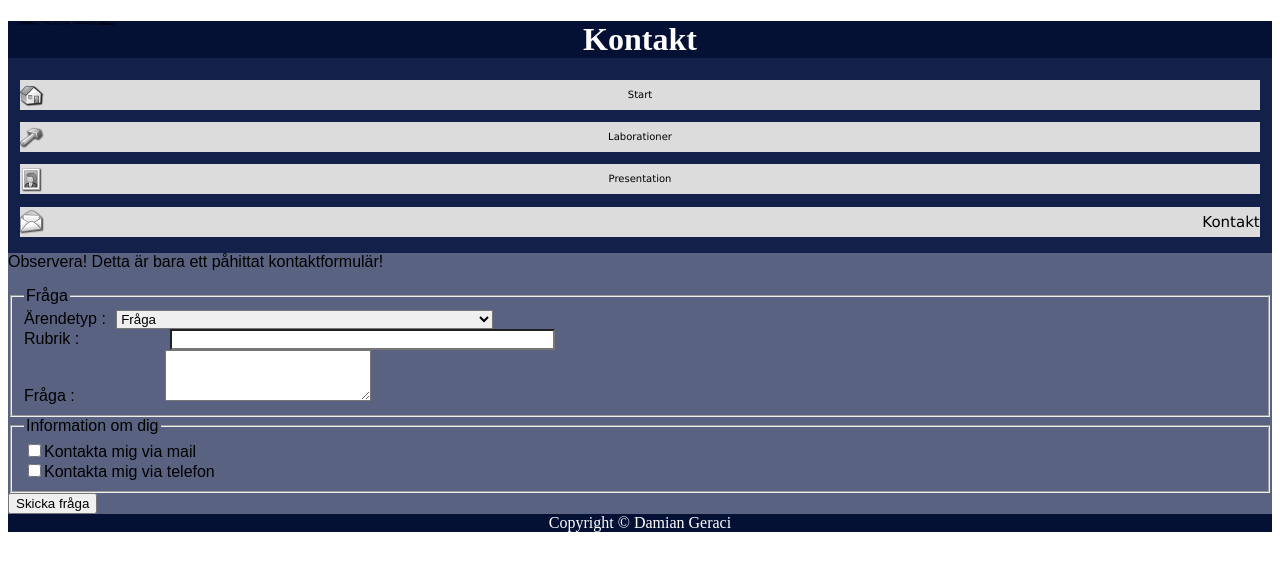
Repository: dg222dm/1ik415-laborationer
Page: pages/kontakt.html
The author's editor kept a record of every edit. The page is drawn from the files as they stood at one moment, then again after the next edit.
The browser window is 1280 px wide. The pictures show the whole page.

Above is the page before.

### pages/kontakt.html
<!doctype html>
<html lang="sv">
    <head>
        <link rel="stylesheet"  href="../css/style.css" media="screen" />
        <link rel="stylesheet"  href="../css/printfriendly.css" media="print" />
        <meta name="viewport" content="width=device-width; initial-scale=1; maximum-scale=1">
        <link rel="stylesheet"  href="../css/mobile.css" />
        <meta charset="utf-8" />
        <title>Kontakt</title>
    </head>
    <body>
        <div id="background">
        <div id="header">
            <h1>Kontakt</h1>
        </div>
        <div id ="nav">
        <!--Lista med länkar -->
            <ul>
                <li><a id="home-icon" href="../index.html">Start</a></li>
                <li><a id="tool-icon" href="laborationer.html">Laborationer</a></li>
                <li><a id="presentation-icon" href="presentation.html">Presentation</a></li>
                <li class="active"><a id="contact-icon" href="kontakt.html" >Kontakt</a></li>

    <!--Slut på länk lista -->
            </ul>
        </div>
        <div id="content">
        <article>
            <p>Observera! Detta är bara ett påhittat kontaktformulär!</p>
            <form method="post" action="http://voyager.lnu.se/tekinet/kurser/dtt/wp_webbintro/form.php">

                <fieldset>
                    <legend>Fråga</legend>

                    <label for="arendetyp">Ärendetyp :</label>
                    <select name="arendetyp" id="text3">
                          <option value="fråga">Fråga</option>
                          <option value="test">test</option>
                    </select><br />

                    <label for="rubrik">Rubrik :</label><input type="text" id="text" name="rubrik"><br />

                   <label for="fraga">Fråga :
                        <textarea name="fraga" id="text2" rows="3" cols="25"></textarea></label>
                </fieldset>
                <fieldset>
                    <legend>Information om dig</legend>
                    <input type="checkbox" name="kontaktamigviamail" value="mail">Kontakta mig via mail<br />
                    <input type="checkbox" name="kontaktamigviatelefon" value="telefon">Kontakta mig via telefon
                </fieldset>
                <!-- fråga läraren -->
                <input type="submit" name="knapp" value="Skicka fråga" />
            </form>
        </article>
        </div>
        <div id="footer">
            Copyright © Damian Geraci
        </div>
        </div>
    </body>
</html>

### css/style.css
#header {
    width:1024px;
    background-color:#051035;
    color:white;
    text-align:center;
    background-image: url(../css/pics/svgLogo.svg);
    background-size: 100px 100px;
    background-position: left -20px;
    background-repeat: no-repeat;

}
#nav ul{
    line-height:30px;
    background-color:#13214A;
    list-style-type: none;
    font-family: verdana;
    font-size:10px;
    float:left;
    padding: 0;
    text-align:center;


}

#nav li{
    margin: 10px ; /*Mellan rum mellan list items*/

}

.active {
    font-size:15px;
    text-align:right;
}

#nav a{
    display: block;
    width: 130px;
    background-color: #dcdcdc;
    text-decoration: none; /*tar bort understräcken*/
    background-image: url(../css/pics/sprite.png);
    background-repeat:no-repeat;
}

#home-icon { background-position: 0 -44px}
#home-icon:hover {background-position: 0px 4px}

#tool-icon { background-position: 0px -140px}
#tool-icon:hover {background-position: 0 -92px}

#presentation-icon { background-position: 0px -236px}
#presentation-icon:hover {background-position: 0 -188px}

#contact-icon { background-position: 0px -333px}
#contact-icon:hover {background-position: 0 -285px}

#nav a:link, #nav a:active, #nav a:visited {
    color: #000000;
}



#background {
    width:1024px;
    height:auto;
    margin:0 auto;
    background-color:#13214A;
}



#footer {
    background-color:#051035;
    width:1024px;
    color:white;
    clear:both;
    text-align:center;

}

#content {
  width: 730px;
  float:left;
  background-color:#596381;
  height: auto;
  font-family: sans-serif;

}

.right {
    float: right;
    border:1px solid #021a40;
    padding: 1px;
}
.left {
    float: left;
    border:1px solid #021a40;
    padding: 1px;
}

.center {
    margin-left:220px;

  }

  table, td, th {
    border: 1px  solid;
}

th {
    background-color: green;
    color: white;
}

#text {
    border-radius:5px;
    margin-left:35px;
    width: 180px;
}

#text2 {
    max-width:600px;
    width:180px;
    max-height:100px;
    border-radius:5px;
    margin-left:35px;
}

#text3 {
    border-radius:5px;
    width:180px;
    margin-left: 5px;
}

/*
header färg: #051035
nav fönster färg: #3E496F
bakgrundsfärg: #13214A
content färg: #596381
footer färg: #051035

*/

### css/mobile.css
@media screen and (max-width: 481px) {
#content {
	width: 100%;
	float: none;
}
#sidebar {
	width: 100%;
	float: none;
}

img {
	max-width: 100%;
	height: auto;
	width: auto\9; /* ie8 */
}
}
#header {
    width:100%;
    background-color:#051035;
    color:white;
    text-align:center;
    background-image: url(../css/pics/svgLogo.svg);
    background-size: 9.76% 9.76%;
    background-position: left 1.9%;
    background-repeat: no-repeat;

}
#nav ul{
    line-height:30px;
    background-color:#13214A;
    list-style-type: none;
    font-family: verdana;
    font-size:10px;
    padding: 0;
    float:none;
    text-align:center;


}

#nav li{
    margin: 0.97% ; /*Mellan rum mellan list items*/

}

.active {
    font-size:15px;
    text-align:right;
}

#nav a{
    display: block;
    width: 100%;
    background-color: #dcdcdc;
    text-decoration: none; /*tar bort understräcken*/
    background-image: url(../css/pics/sprite.png);
    background-repeat:no-repeat;
}

#home-icon { background-position: 0 -44px}
#home-icon:hover {background-position: 0px 4px}

#tool-icon { background-position: 0px -140px}
#tool-icon:hover {background-position: 0 -92px}

#presentation-icon { background-position: 0px -236px}
#presentation-icon:hover {background-position: 0 -188px}

#contact-icon { background-position: 0px -333px}
#contact-icon:hover {background-position: 0 -285px}

#nav a:link, #nav a:active, #nav a:visited {
    color: #000000;
}



#background {
    width:100%;
    height:auto;
    margin:0 auto;
    background-color:#13214A;
}



#footer {
    background-color:#051035;
    width:100%;
    color:white;
    clear:both;
    text-align:center;

}

#content {
  width: 100%;
  float:none;
  background-color:#596381;
  height: auto;
  font-family: sans-serif;

}

.right {
    float: right;
    border:1px solid #021a40;
    padding: 1px;
}
.left {
    float: left;
    border:1px solid #021a40;
    padding: 1px;
}

.center {
    margin-left:21.48%;

  }

  table, td, th {
    border: 1px  solid;
}

th {
    background-color: green;
    color: white;
}

#text {
    border-radius:0.48%;
    margin-left:7.41%;
    width: 30.57%;
}

#text2 {
    max-width:200px;
    width:30.57%;
    max-height:9.76%;
    border-radius:0.48%;
    margin-left:7%;
}

#text3 {
    border-radius:0.48%;
    width:30.57%;
    margin-left: 0.48%;
}

/*
header färg: #051035
nav fönster färg: #3E496F
bakgrundsfärg: #13214A
content färg: #596381
footer färg: #051035

*/

### css/printfriendly.css
body {
    background-color: white;
    color: black;
    font-family: Times,
    "Times New Roman",
    Garamond, serif;
}

#nav {
    display: none;
}

img {
    display: none;
}

video {
    display: none;
}

#header h1 {
    background-color: black;
    font-size: 24pt;
    text-align: center;
    text-transform: uppercase;
    font-family: Helvetica,
    Arial, Verdana, sans-serif;
    padding: 7pt;
}

#header h1 a {
    color: white;
}

#content h2 {
    padding: 0;
    margin: 0;
    font-size: 20pt;
    border-bottom: 1px solid black;
}

#content h3 {
    padding: 0;
    margin: 0;
    text-align: left;
    font-style: italic;
}

#content h4 {
    font-family: Helvetica,
    Verdana, Arial,
    sans-serif;
    border-top: 3pt solid black;
    background-color: #BEBEBE;
    /* ~30% black*/
    padding: 12pt;
    margin: 0;
}

#content p {
    line-height: 18pt;
}



#content a:after {
    content: " <"
    attr(href) "> ";
    font-family:courier, monospace;
    font-weight: normal;
}

a {
    text-decoration: none;
    font-weight: bold;
    color: #626466;
}

#footer {
    border-top: 1px solid #000;
    text-align: center;
    font-family: Helvetica,
    Verdana, Arial,
    sans-serif;
}

  table, td, th {
    border: 1px  solid;
}

th {
    background-color: White;
    color: Black;
}

After the next edit:
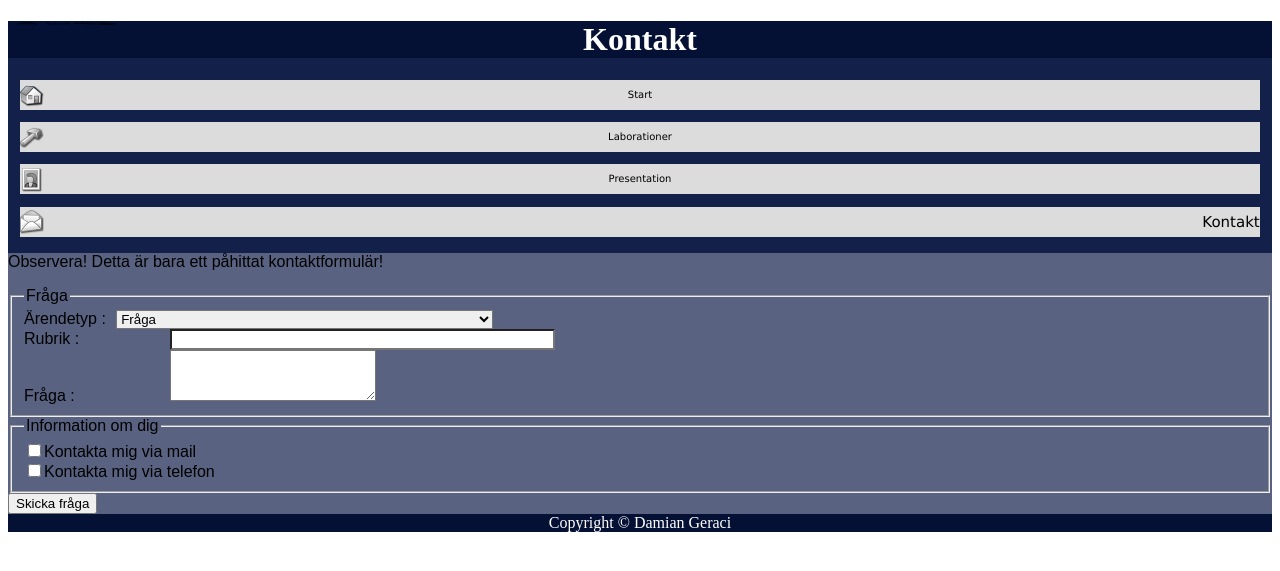
The edit:
--- a/css/mobile.css
+++ b/css/mobile.css
@@ -138,7 +138,7 @@
     width:30.57%;
     max-height:9.76%;
     border-radius:0.48%;
-    margin-left:7%;
+    margin-left:7.41%;
 }
 
 #text3 {
